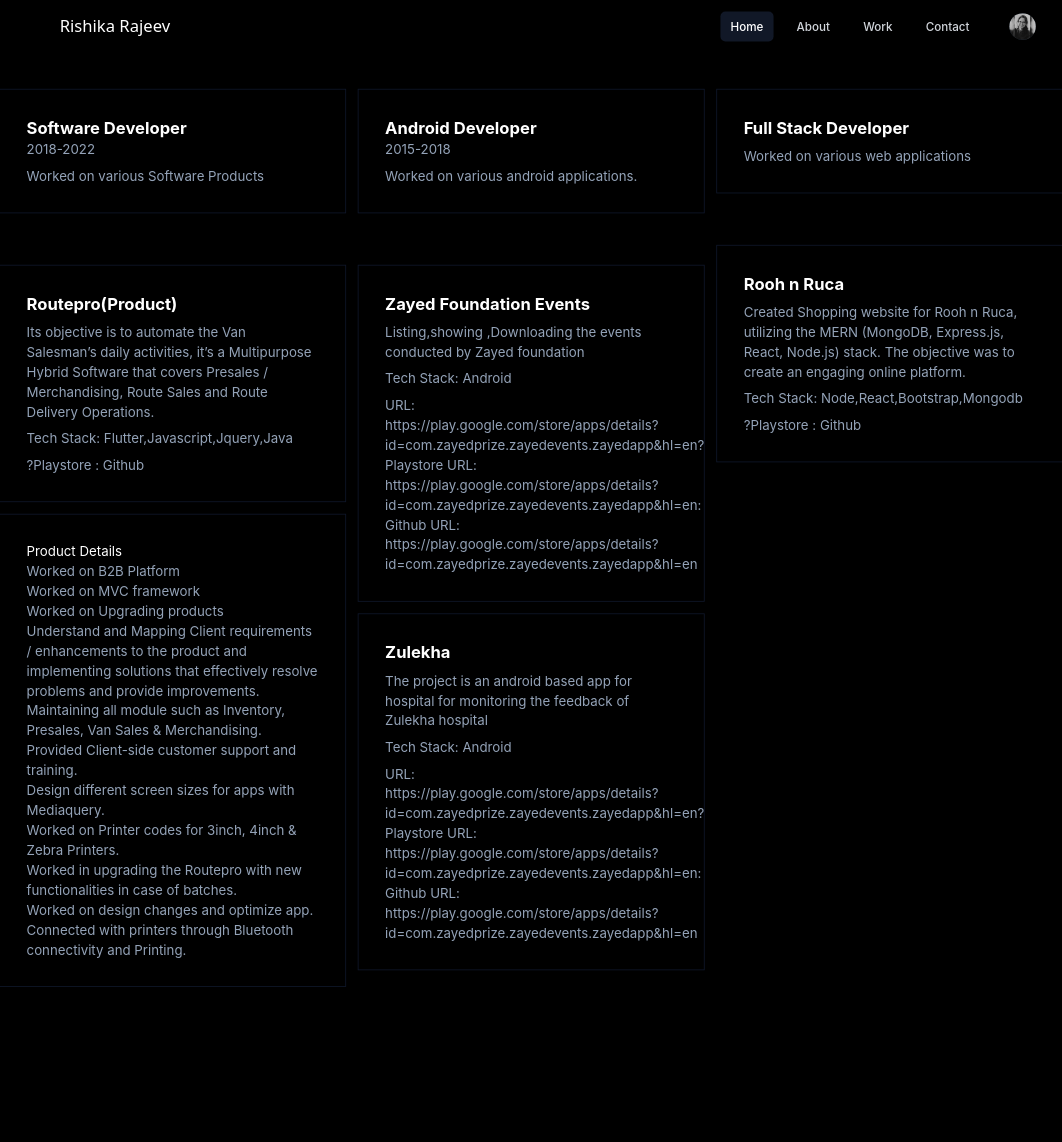
Repository: rishikarajeev/portfolio_rishika
Page: /work
An editor plug-in stored every save of this project. The page is shown before and after a run of saves, followed by the edit.
The browser window is 1280 px wide. The pictures show the whole page, at 83% of full size.
The project was rebuilt for these pictures with package versions that can differ from the ones it lists, and the page was loaded fresh each time. Also part of the build but not shown: src/Pages/Home.jsx, src/Pages/About.jsx, src/Pages/Contact.jsx.

Above is the page before, as saved 2023-10-23 19:11:12.

### src/Components/Nav/Nav.jsx
import React from 'react'

import img from '../../Images/profile.jpeg'

function Nav() {
  return (
    <div><nav class="dark:bg-black">
    <div class="mx-auto max-w-7xl px-2 sm:px-6 lg:px-8">
      <div class="relative flex h-16 items-center justify-between">
      <div class="absolute inset-y-0 left-7 flex items-center ">

      <a href="#" class=" text-white  px-3 py-2 text-xl font-medium font-sans" aria-current="page">Rishika Rajeev</a>
        </div>
        <div class="absolute inset-y-0 left-0 flex items-center sm:hidden">

          <button type="button" class="relative inline-flex items-center justify-center rounded-md p-2 text-gray-400 hover:bg-gray-700 hover:text-white focus:outline-none focus:ring-2 focus:ring-inset focus:ring-white" aria-controls="mobile-menu" aria-expanded="false">
            <span class="absolute -inset-0.5"></span>
            <span class="sr-only">Open main menu</span>

            <svg class="block h-6 w-6" fill="none" viewBox="0 0 24 24" stroke-width="1.5" stroke="currentColor" aria-hidden="true">
              <path stroke-linecap="round" stroke-linejoin="round" d="M3.75 6.75h16.5M3.75 12h16.5m-16.5 5.25h16.5" />
            </svg>

            <svg class="hidden h-6 w-6" fill="none" viewBox="0 0 24 24" stroke-width="1.5" stroke="currentColor" aria-hidden="true">
              <path stroke-linecap="round" stroke-linejoin="round" d="M6 18L18 6M6 6l12 12" />
            </svg>
          </button>
        </div>
        <div class="flex flex-1 items-center justify-end sm:items-stretch sm:justify-end">
          {/* <div class="flex flex-shrink-0 items-center">
            <img class="h-8 w-auto" src="https://tailwindui.com/img/logos/mark.svg?color=indigo&shade=500" alt="Your Company"/>
          </div> */}
          <div class="hidden sm:ml-6 sm:block ">
            <div class="flex space-x-4 ">

              <a href="/" class="bg-gray-900 text-white rounded-md px-3 py-2 text-sm font-medium" >Home</a>
              <a href="/about" class="text-gray-300 hover:bg-gray-700 hover:text-white rounded-md px-3 py-2 text-sm font-medium">About</a>
              <a href="/work" class="text-gray-300 hover:bg-gray-700 hover:text-white rounded-md px-3 py-2 text-sm font-medium">Work</a>
              <a href="/contact" class="text-gray-300 hover:bg-gray-700 hover:text-white rounded-md px-3 py-2 text-sm font-medium">Contact</a>
            </div>
          </div>
        </div>
        <div class="absolute inset-y-0 right-0 flex items-center pr-2 sm:static sm:inset-auto sm:ml-6 sm:pr-0">
          {/* <button type="button" class="relative rounded-full bg-gray-800 p-1 text-gray-400 hover:text-white focus:outline-none focus:ring-2 focus:ring-white focus:ring-offset-2 focus:ring-offset-gray-800">
            <span class="absolute -inset-1.5"></span>
            <span class="sr-only">View notifications</span>
            <svg class="h-6 w-6" fill="none" viewBox="0 0 24 24" stroke-width="1.5" stroke="currentColor" aria-hidden="true">
              <path stroke-linecap="round" stroke-linejoin="round" d="M14.857 17.082a23.848 23.848 0 005.454-1.31A8.967 8.967 0 0118 9.75v-.7V9A6 6 0 006 9v.75a8.967 8.967 0 01-2.312 6.022c1.733.64 3.56 1.085 5.455 1.31m5.714 0a24.255 24.255 0 01-5.714 0m5.714 0a3 3 0 11-5.714 0" />
            </svg>
          </button> */}


          <div class="relative ml-3">
            <div>
              <button type="button" class="relative flex rounded-full bg-gray-800 text-sm focus:outline-none focus:ring-2 focus:ring-white focus:ring-offset-2 focus:ring-offset-gray-800" id="user-menu-button" aria-expanded="false" aria-haspopup="true">
                <span class="absolute -inset-1.5"></span>
                <span class="sr-only">Open user menu</span>
                <img class="h-8 w-8 rounded-full" src={img} alt=""/>
              </button>
            </div>

          </div>
        </div>
      </div>
    </div>


    <div class="sm:hidden" id="mobile-menu">
      <div class="space-y-1 px-2 pb-3 pt-2">

        <a href="/" class="bg-gray-900 text-white block rounded-md px-3 py-2 text-base font-medium" aria-current="page">Home</a>
        <a href="/about" class="text-gray-300 hover:bg-gray-700 hover:text-white block rounded-md px-3 py-2 text-base font-medium">About</a>
        <a href="/work" class="text-gray-300 hover:bg-gray-700 hover:text-white block rounded-md px-3 py-2 text-base font-medium">Work</a>
        <a href="/contact" class="text-gray-300 hover:bg-gray-700 hover:text-white block rounded-md px-3 py-2 text-base font-medium">Contact</a>
      </div>
    </div>
  </nav>
  </div>
  )
}

export default Nav

### src/Pages/Mywork.jsx
import React from "react";
import Work from "../Components/Work";
import Project from "../Components/Project";
import Nav from "../Components/Nav/Nav";

function Mywork() {
  return (
    <div class="dark md:bg-black ">
      <Nav />

      <div>
        {" "}
        <div className="container mx-auto  dark dark:bg-black">
          <h2 className="text-3xl font-bold mb-2 ">Work Experience</h2>

          <div class="grid grid-cols-1 md:grid-cols-3 gap-4 dark dark:bg-black">
            <div className="dark md:bg-black">
              <Work
                title="Software Developer"
                description="Worked on various Software Products"
                year="2018-2022"
              />
              <h2 className="text-3xl font-bold mt-6 mb-1">Projects</h2>
              <Project
                title="Routepro(Product)"
                description=" Its objective is to automate the Van Salesman’s daily activities, it’s a Multipurpose Hybrid Software that covers Presales / Merchandising, Route Sales and Route Delivery Operations."
                techStack="Flutter,Javascript,Jquery,Java"
              />
              <div className="dark:text-slate-400 ring-1 ring-slate-900 max-w-2xl p-8 dark dark:bg-black">
                <h2 className="text-white"> Product Details</h2>
                <ul>
                  <li>Worked on B2B Platform</li>
                  <li>Worked on MVC framework</li>
                  <li>Worked on Upgrading products </li>
                  <li>
                    Understand and Mapping Client requirements / enhancements to
                    the product and implementing solutions that effectively
                    resolve problems and provide improvements.
                  </li>
                  <li>
                    Maintaining all module such as Inventory, Presales, Van
                    Sales & Merchandising.
                  </li>
                  <li>Provided Client-side customer support and training.</li>
                  <li>
                    Design different screen sizes for apps with Mediaquery.
                  </li>
                  <li>
                    Worked on Printer codes for 3inch, 4inch & Zebra Printers.
                  </li>
                  <li>
                    Worked in upgrading the Routepro with new functionalities in
                    case of batches.
                  </li>
                  <li>Worked on design changes and optimize app.</li>
                  <li>
                    Connected with printers through Bluetooth connectivity and
                    Printing.
                  </li>
                </ul>
              </div>
            </div>
            <div>
            <Work
                title="Android Developer"
                description="Worked on various android applications."
                year="2015-2018"
              />
              <h2 className="text-3xl font-bold mt-6 mb-1">Projects</h2>
              <Project
                title="Zayed Foundation Events"
                description=" Listing,showing ,Downloading the events conducted by Zayed foundation"
                techStack="Android"
                Playstore=" URL: https://play.google.com/store/apps/details?id=com.zayedprize.zayedevents.zayedapp&hl=en"
              />
                  <Project
                title="Zulekha"
                description=" The project is an android based app for hospital for monitoring the feedback of Zulekha hospital"
                techStack="Android"
                Playstore=" URL: https://play.google.com/store/apps/details?id=com.zayedprize.zayedevents.zayedapp&hl=en"
              />
               <ul>
                            <li>Listing the events conducted by Zayed foundation</li>
                            <li>Showing Live events.</li>
                                <li>	Downloading and viewing files.</li>
                                    <li>	Integrated Google Map & Facebook</li>
                                        <li>	Implemented Calendar with Marked Events.</li>
                                            <li>	Playstore URL: https://play.google.com/store/apps/details?id=com.zayedprize.zayedevents.zayedapp&hl=en</li>

                        </ul>
            </div>
            <div className="dark md:bg-black">
              <Work
                title="Full Stack Developer"
                description="Worked on various web applications"

              />
              <h2 className="text-3xl font-bold mt-6 mb-1">Projects</h2>
              <Project
                title="Rooh n Ruca"
                description="    Created Shopping website for Rooh n Ruca, utilizing the MERN (MongoDB, Express.js, React, Node.js)  stack. The objective was to create an  engaging online platform."
                techStack="Node,React,Bootstrap,Mongodb"
                Playstore=""
                Github= "github: https://github.com/rishikarajeev/ROOH-N-RUCA.git"


              />


            </div>
          </div>
        </div>
      </div>
    </div>
  );
}

export default Mywork;

### src/Components/Work.jsx
import React from 'react';

const Work = ({ title, description, year }) => {
  return (
    <div className="mb-4 ring-1 ring-slate-900 max-w-2xl p-8 dark md:bg-black">
      <h3 className="text-xl font-bold text-white">{title}</h3>
      <p className="dark:text-slate-400">{year}</p>
      <p className="mt-2 dark:text-slate-400">{description}</p>
    </div>
  );
};

export default Work;

### src/Components/Project.jsx
import React from 'react';

const Project = ({ title, description, techStack,Playstore,Github }) => {
  return (
    <div className="mb-4 ring-1 ring-slate-900 max-w-2xl p-8 dark md:bg-black">
      <h3 className="text-xl font-bold text-white">{title}</h3>
      <p className="mt-2 dark:text-slate-400">{description}</p>
      <p className="mt-2 dark:text-slate-400">Tech Stack: {techStack}</p>
      <p className="mt-2 dark:text-slate-400">{Playstore}?Playstore {Playstore}: Github{Playstore}</p>
    </div>
  );
};

export default Project;

### tailwind.config.js
/** @type {import('tailwindcss').Config} */
module.exports = {
  content: ["./src/**/*.{html,js,jsx}"],
  theme: {
    extend: {},
  },
  darkMode: 'class',
  plugins: [],
}

Loaded but not shown: public/index.html (common file); src/index.js (common file); src/index.css (common file); src/App.js (common file); src/reportWebVitals.js (common file); src/App.css (common file)

After the next 3 saves:
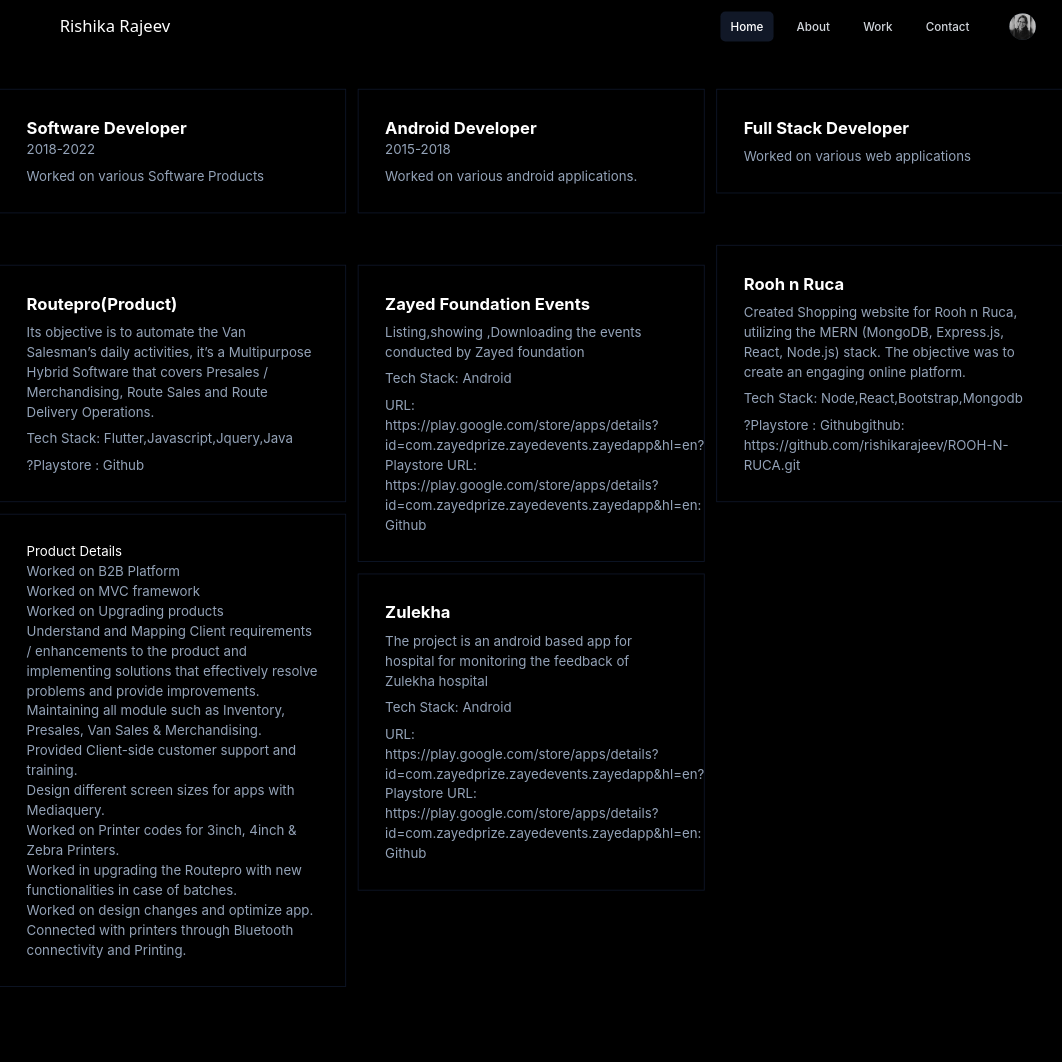
The 3 saves are shown as one change because they came seconds apart.
The last was saved 12 s later.
--- a/src/Components/Project.jsx
+++ b/src/Components/Project.jsx
@@ -6,7 +6,7 @@ const Project = ({ title, description, techStack,Playstore,Github }) => {
       <h3 className="text-xl font-bold text-white">{title}</h3>
       <p className="mt-2 dark:text-slate-400">{description}</p>
       <p className="mt-2 dark:text-slate-400">Tech Stack: {techStack}</p>
-      <p className="mt-2 dark:text-slate-400">{Playstore}?Playstore {Playstore}: Github{Playstore}</p>
+      <p className="mt-2 dark:text-slate-400">{Playstore}?Playstore {Playstore}: Github{Github}</p>
     </div>
   );
 };
